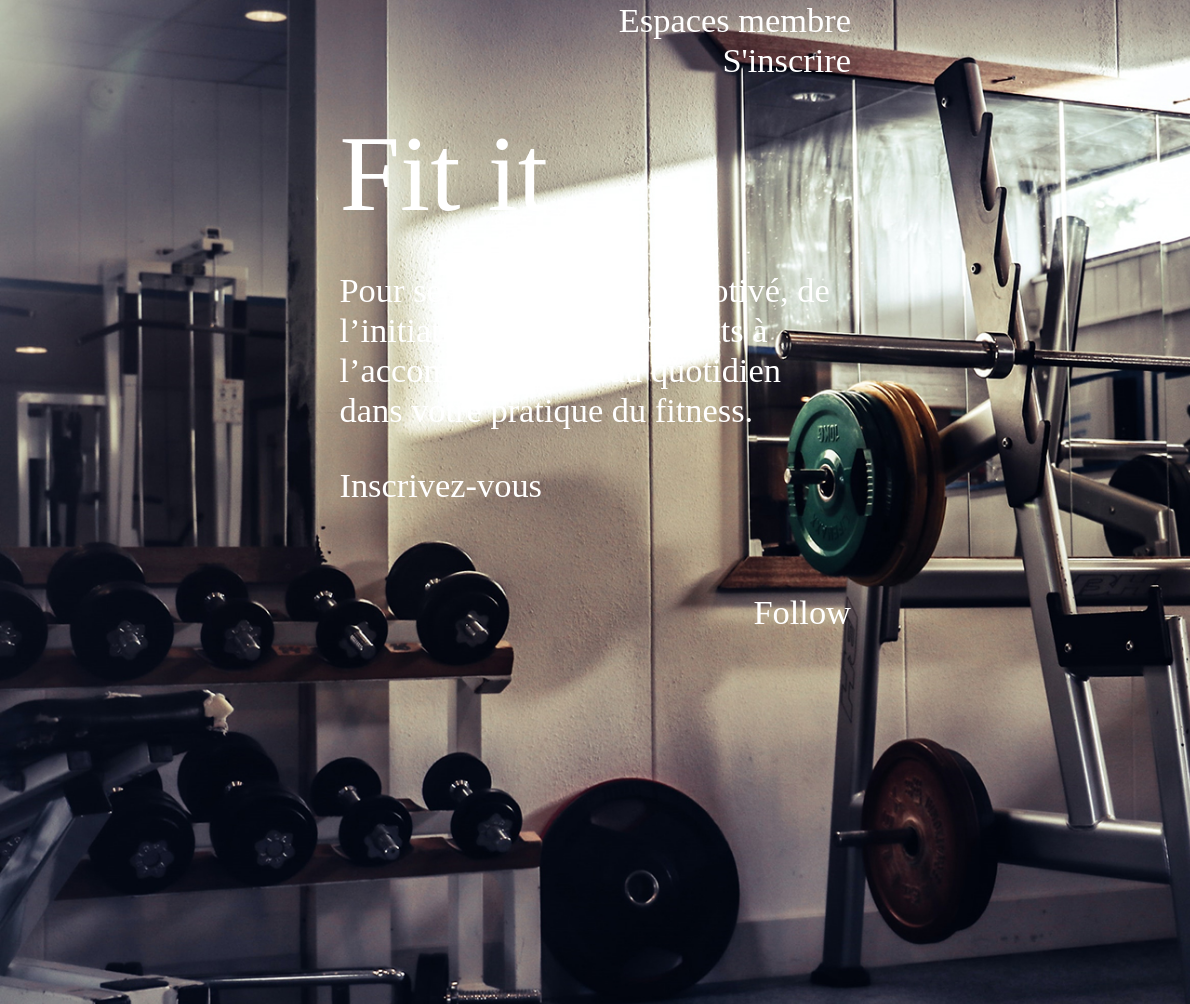
Repository: Mini-T/php-propre
Page: http://localhost/
An editor plug-in stored every save of this project. The page is shown before and after the next save, followed by the edit.
The browser window is 1280 px wide. The pictures show the whole page, at 93% of full size.
The page is run by PHP 8.4 with error messages shown; the project is at /var/www/html/.

Above is the page before, as saved 2021-03-25 10:53:53.

### Partiel/index.php
<!DOCTYPE html>
<html lang="en">

<head>
    <meta charset="UTF-8">
    <meta http-equiv="X-UA-Compatible" content="IE=edge">
    <meta name="viewport" content="width=device-width, initial-scale=1.0">
    <title>Document</title>
    <link rel="stylesheet" href="main.css">
</head>

<body>
    <div id="main">
        <header id="image">



                <div class="frat"></div>

                <div class="fratt">
                    <div id="row1">
                        <a href="#">Espaces membre</a>
                        <br>
                        <a href="#">S'inscrire</a>
                    </div>
                    <div id="row2">
                        <h1 id="titre">Fit it</h1>
                        <p class="text">Pour se motiver et rester motivé, de l’initiation
                            pour les débutants à l’accompagnement au
                            quotidien dans votre pratique du fitness.</p>
                        <a href="#" class="text">Inscrivez-vous</a>
                    </div>
                    <div id="row3"><a href="" class="text" id="follow">Follow</a></div>
                </div>

        </header>
    </div>
</body>

</html>

### Partiel/main.css
#main{
    display: flex;
}
body{
    overflow: hidden;
    margin: 0px;
}
a{
    text-decoration: none;
    color: unset;
}

#image{
    background-image: url('fond-normal-size.jpg');
    color: white;
    font-family: kanit;
    display: grid;
    max-width: 1920px;
    grid-template-columns: 1fr 2Fr 1FR;
    width: 100vw;
    height: 1080px;
    flex-direction: column;
}
.center{
    background: black;
    align-self: center;
}
.topright{
    background: black;
    font-size: 37px;
    text-align: right;
    margin-bottom: 243px;
}
#titre{
    margin: 0px;
    font-family: kanit medium;
    font-weight: normal;
    font-size: 117px;
    text-align: left;
}
.text{
    font-size: 37px;
    font-family: Sohne-Leicht ;
}
#follow{
    margin-bottom: 40px;
    text-align: right;
    height: fit-content;
    text-align: right;
}

.frat{
    width: 100%;
    height: 1080px;

}
.fratt{
    padding: 0px 45px  0px 45px;
    max-height: 1080px;
    height: 100vh;
    display: grid;
    grid-template-rows: 1fr 4fr 1fr ;



}
#row1{
    font-size: 37px;
    text-align: right;
}
#row2{

        height: fit-content
}
#row3{
    height: 100%;
    display: flex;
    flex-direction: column;
    justify-content: flex-end;
    align-content: flex-end;
}
#overlay {
    background-color: black;
}

After the next save:
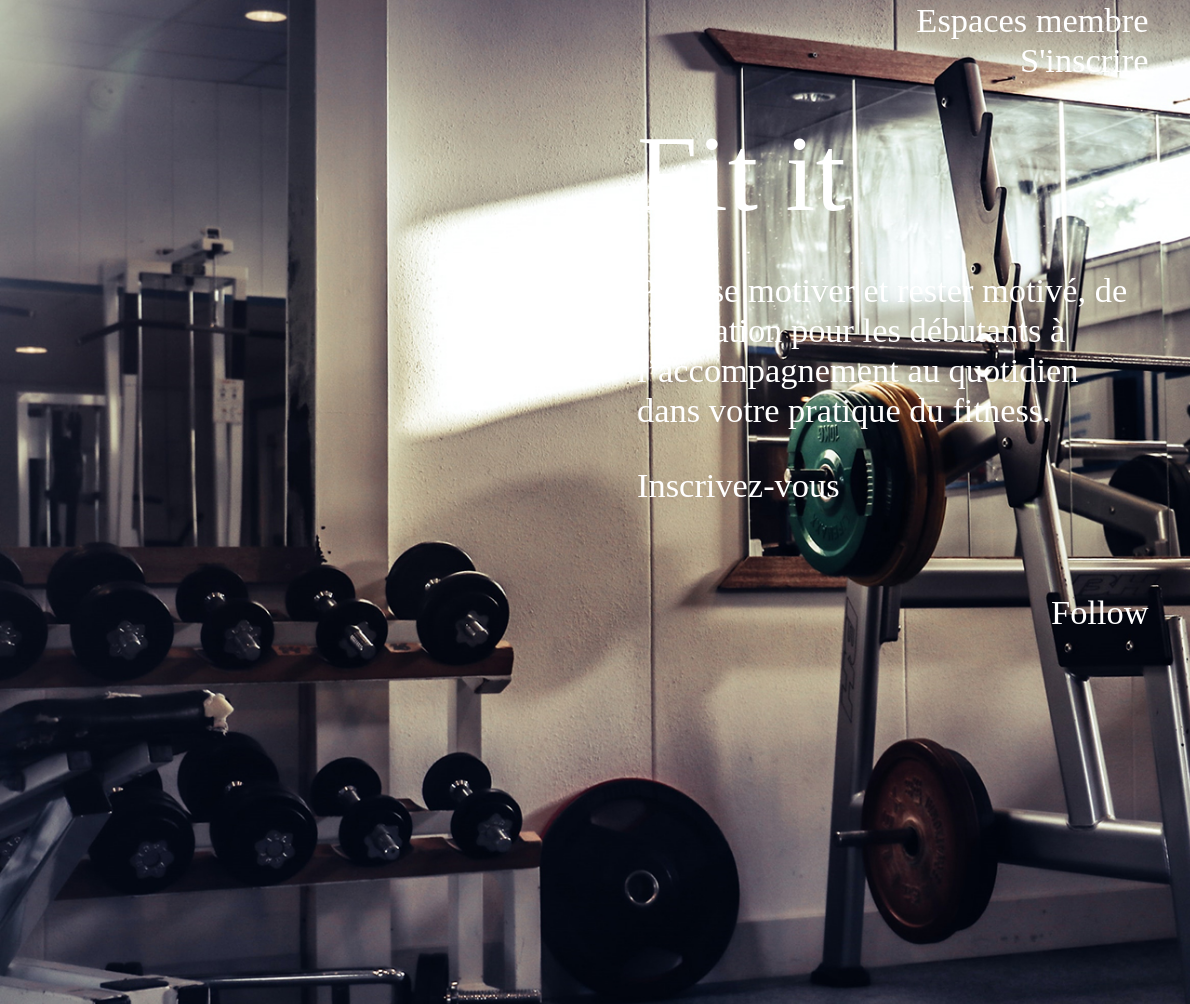
Saved 9 s later.
--- a/Partiel/main.css
+++ b/Partiel/main.css
@@ -16,7 +16,7 @@ a{
     font-family: kanit;
     display: grid;
     max-width: 1920px;
-    grid-template-columns: 1fr 2Fr 1FR;
+    grid-template-columns: 1fr 1Fr;
     width: 100vw;
     height: 1080px;
     flex-direction: column;
